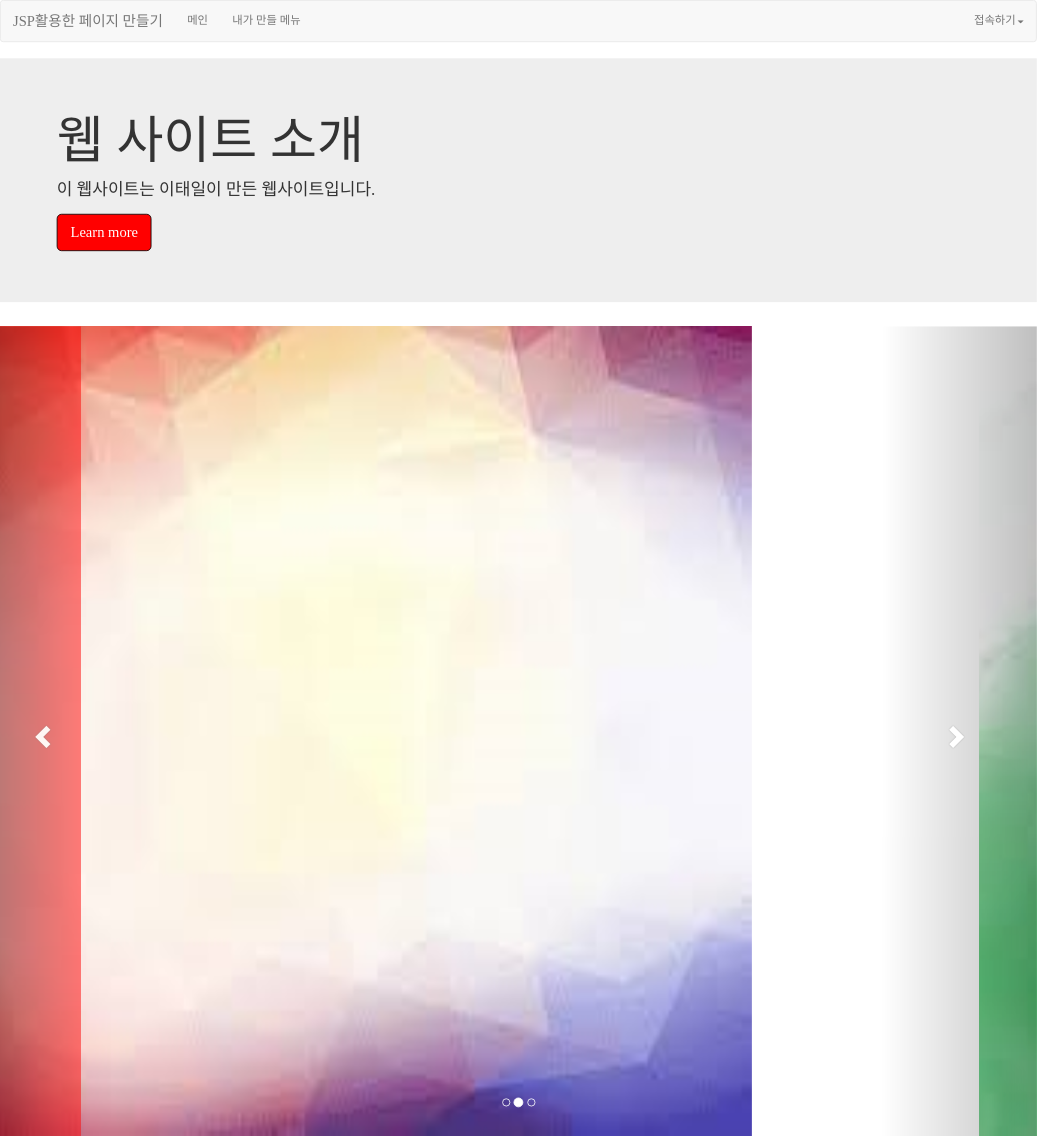
Repository: taeillee1/Newstudy
Page: http://localhost/SpringMVCJava/WEB-INF/views/mainpage.jsp
The author's editor kept a copy of each file at every save. The page is drawn from the files as they stood at one save, then again after the next save.
The browser window is 1280 px wide. The pictures show the whole page, at 81% of full size.
Some web fonts or font styles are not loaded; a fallback is used. Some web libraries are served in a nearby version. The page is served by Tomcat 9. Nobody is signed in. Other server files are loaded and not shown. The template is opened directly, without the code that normally fills it, so the values that code supplies are empty.

Above is the page before, as saved 2022-01-08 10:54:46.

### Newpage/SpringMVCJava/src/main/webapp/WEB-INF/views/mainpage.jsp
<%@ page language="java" contentType="text/html; charset=UTF-8"
    pageEncoding="UTF-8"%>
<%@ page import="java.io.PrintWriter" %>
<!DOCTYPE html>
<html>
<head>
<meta http-equiv="Content-Type" content="text/html; charset=UTF-8">
<meta name="viewport" content="width=device-width",initial-scale="1">
<link rel="stylesheet" type="text/css" href="https://stackpath.bootstrapcdn.com/bootstrap/3.1.1/css/bootstrap.min.css">
<link rel="stylesheet" type="text/css" href="css/onlymine.css">
<title>Insert title here</title>
<style>
	.hi{
		background-color:yellow;
		font-size:30px;
	}
</style>
</head>
<body>
	<%
		String userID=null;
		if(session.getAttribute("userID") != null){
			userID=(String)session.getAttribute("userID");
		}
	%>
	<nav class="navbar navbar-default">
		<div class="navbar-header">
			<a class="navbar-brand" href ="mainpage">JSP활용한 페이지 만들기</a>
			<button type="button" class="navbar-toggle collapsed" data-toggle="collapse"
			data-target="#bs-example-navbar-collapse-1" aria-expanded="false"> <!-- collapse는 숨기기 기능  -->
				<span class="icon-bar"></span>
				<span class="icon-bar"></span>
				<span class="icon-bar"></span>

			</button>
		</div>
		<div class="collapse navbar-collapse" id =bs-example-navbar-collapse-1>
			<ul class="nav navbar-nav">
				<li><a href="mainpage">메인</a></li>
				<li><a href="Mymenu">내가 만들 메뉴</a></li>
			</ul>

			<%
			if(userID==null){
			%>
			<ul class="nav navbar-nav navbar-right">
				<li class="dropdown">
					<a href="#" class="dropdown-toggle" data-toggle="dropdown" role="button" aria-haspopup="true"
					aria-expanded="false">접속하기<span class="caret"></span></a>
					<ul class="dropdown-menu">
						<li><a href="login">로그인</a></li>
						<li><a href="join">회원가입</a></li>
					</ul>
				</li>
			</ul>
			<%
				}else{
			%>
			<ul class="nav navbar-nav navbar-right">
				<li class="dropdown">
					<a href="#" class="dropdown-toggle" data-toggle="dropdown" role="button" aria-haspopup="true"
					aria-expanded="false">회원관리<span class="caret"></span></a>
					<ul class="dropdown-menu">
						<li class="hi"><a href="#"><%= userID %></a></li>
						<li><a href="logoutAction">로그아웃</a></li>

					</ul>
				</li>
			</ul>
			<%
				}
			%>

		</div>
	</nav>
	<div class="jumbotron">
		<div class="container">
			<h1>웹 사이트 소개</h1>
			<p>이 웹사이트는 이태일이 만든 웹사이트입니다.</p>
			<p><a class="btn btn-primary btn-lg" href="#" role="button" style = "background-color: red; border-color:black;">Learn more</a></p>
		</div>
	</div>

		<div id="myCarousel" class="carousel slide" data-ride="carousel">
			<ol class="carousel-indicators">
				<li data-target="#myCarousel" data-slide-to="0" class="active"></li>
				<li data-target="#myCarousel" data-slide-to="1" class="active"></li>
				<li data-target="#myCarousel" data-slide-to="2" class="active"></li>
			</ol>
			<div class="carousel-inner">
				<div class="item active">
					<img src="image/im1.png">
				</div>
				<div class="item">
					<img src="image/im2.png">
				</div>
				<div class="item">
					<img src="image/imimim.png">
				</div>
			</div>
			<a class="left carousel-control" href="#myCarousel" data-slide="prev" style="background-color:red; width:100px;">
				<span class="glyphicon glyphicon-chevron-left"></span>
			</a>
			<a class="right carousel-control" href="#myCarousel" data-slide="next">
				<span class="glyphicon glyphicon-chevron-right"></span>
			</a>
		</div>



	<script src="http://code.jquery.com/jquery-3.1.1.min.js"></script>
	<script src="js/bootstrap.js"></script>
</body>
</html>

### Newpage/SpringMVCJava/src/main/webapp/resources/css/onlymine.css
@import url(http://fonts.googleapis.com/earlyaccess/nanumgothic.css);
@import url(http://fonts.googleapis.com/earlyaccess/hanna.css);
*{
	font-family : 'Nanum Gothic';
}
h1{
	font-family : 'Hanna';
}

Loaded but not shown: Newpage/SpringMVCJava/src/main/webapp/resources/js/bootstrap.js (library)

After the next save:
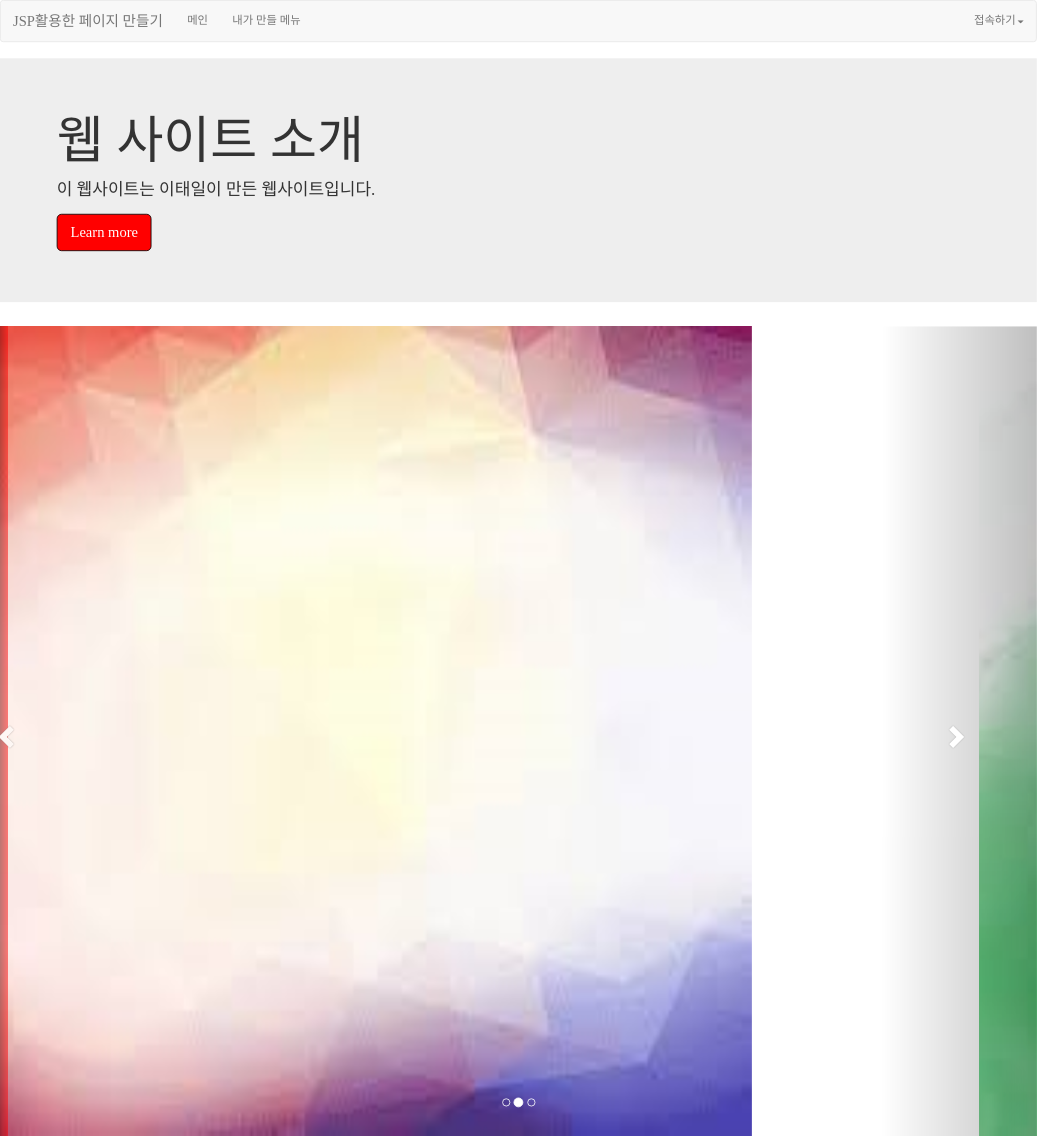
Saved 9 s later.
--- a/Newpage/SpringMVCJava/src/main/webapp/WEB-INF/views/mainpage.jsp
+++ b/Newpage/SpringMVCJava/src/main/webapp/WEB-INF/views/mainpage.jsp
@@ -98,7 +98,7 @@
 					<img src="image/imimim.png">
 				</div>
 			</div>
-			<a class="left carousel-control" href="#myCarousel" data-slide="prev" style="background-color:red; width:100px;">
+			<a class="left carousel-control" href="#myCarousel" data-slide="prev" style="background-color:red; width:10px;">
 				<span class="glyphicon glyphicon-chevron-left"></span>
 			</a>
 			<a class="right carousel-control" href="#myCarousel" data-slide="next">
